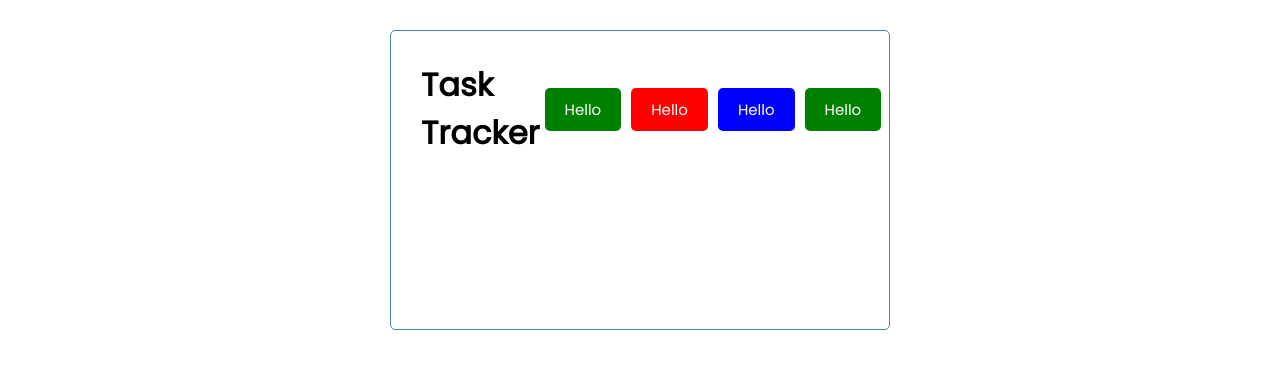
Repository: biggie-pti/task-tracker-react-app
Page: /
The author's editor kept a copy of each file at every save. The page is drawn from the files as they stood at one save, then again after the next save.
The browser window is 1280 px wide. The pictures show the whole page.
The project was rebuilt for these pictures with package versions that can differ from the ones it lists, and the page was loaded fresh each time.

Above is the page before, as saved 2022-02-20 14:38:43.

After the next save:
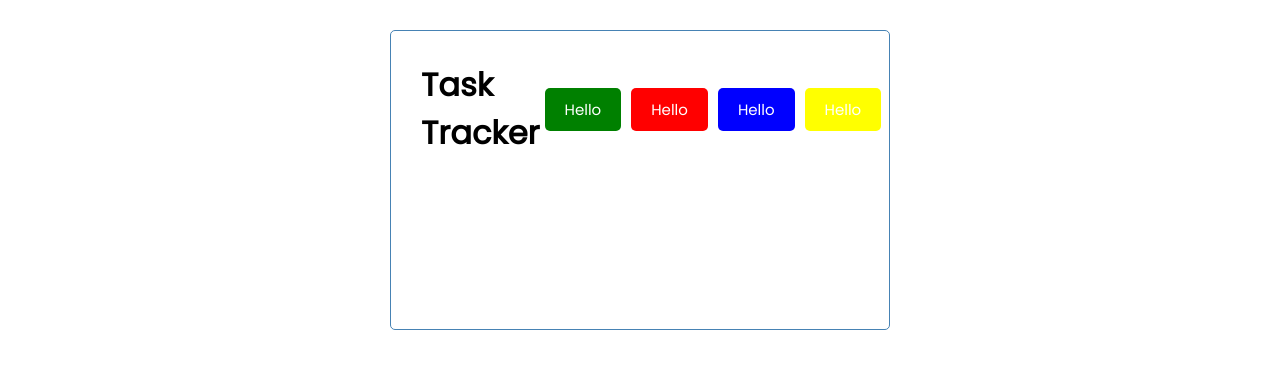
Saved 5 s later.
--- a/src/components/Header.js
+++ b/src/components/Header.js
@@ -10,7 +10,7 @@ const Header = ({title}) => {
        <Button color='green' text='Hello'/>
        <Button color='red' text='Hello'/>
        <Button color='blue' text='Hello'/>
-       <Button color='green' text='Hello'/>
+       <Button color='yellow' text='Hello'/>
         </header>
   )
 }
